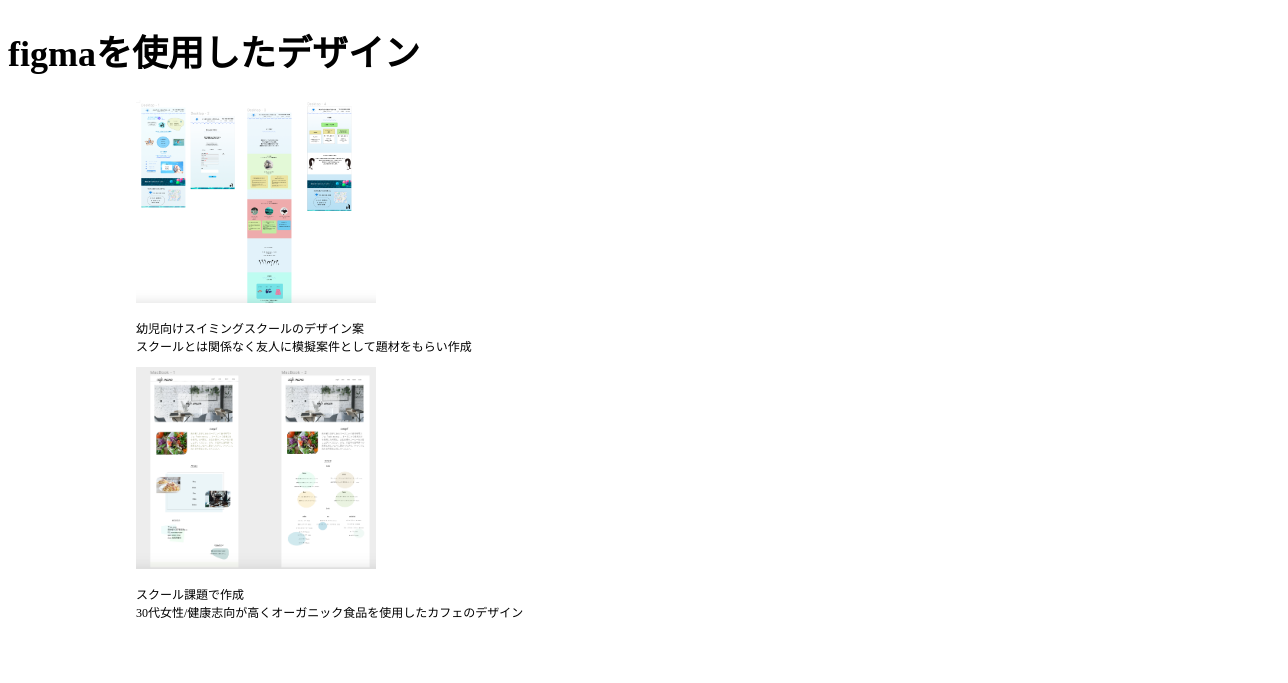
Repository: oninopantsu/onomann
Page: figma.html
These files come from the project's save history. The page is drawn as it stood at one moment and after the next save; the edit follows.
The browser window is 1280 px wide. The page is 1288 px wide, so the pictures cover 1288 px, including what lies to the right of the window. The pictures show the whole page.

Above is the page before, as saved 2021-08-17 12:20:09.

After the next save:
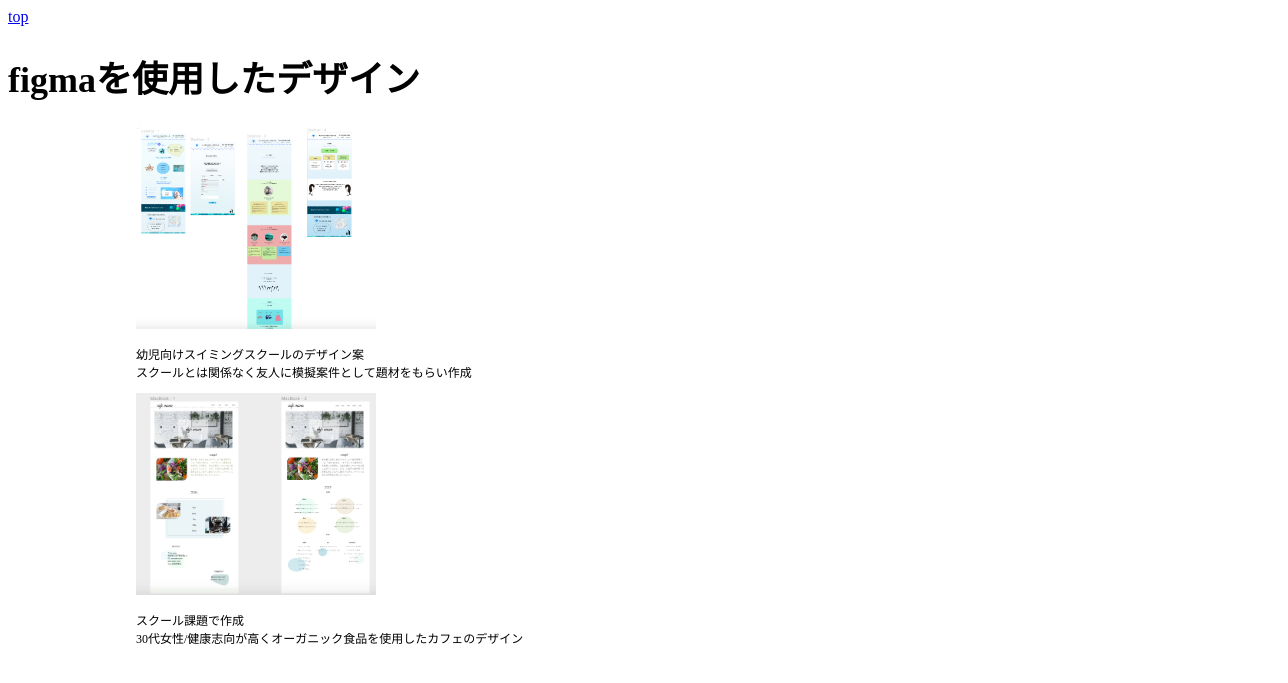
Saved 9 s later.
--- a/figma.html
+++ b/figma.html
@@ -9,7 +9,8 @@
 </head>
 <body>
   <nav>
-    <a href="index.html"></a>
+    <a href="index.html">top
+    </a>
   </nav>
   <h1>figmaを使用したデザイン</h1>
 
